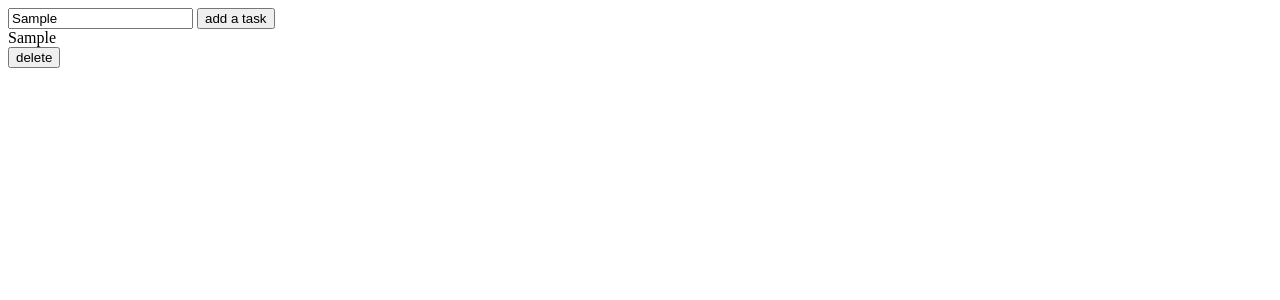
Repository: tanayburbure/Todo-application
Page: index.html
An editor plug-in stored every save of this project. The page is shown before and after the next save, followed by the edit.
The browser window is 1280 px wide. The pictures show the whole page.
Empty fields were first filled with sample values (such as "Sample", 5 or name@example.com).
After loading, the first visible `button` was clicked once.

Above is the page before, as saved 2025-10-21 17:53:52.

After the next save:
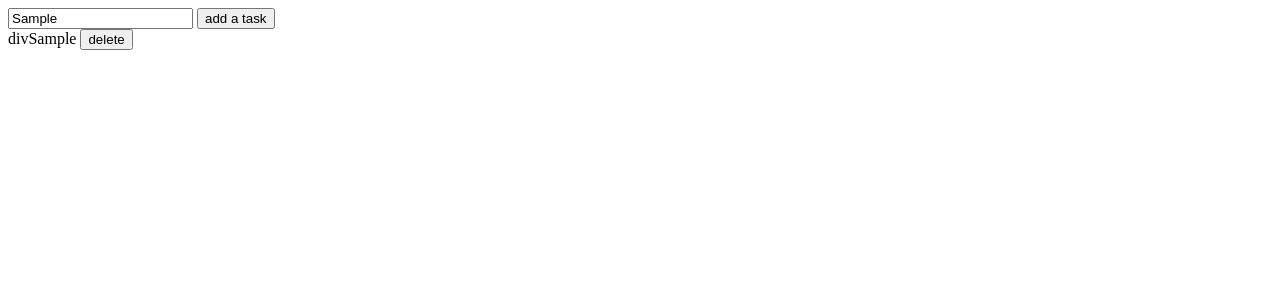
Saved 10 min 4 s later.
--- a/script.js
+++ b/script.js
@@ -21,22 +21,41 @@
 // }
 
 
-let ctr = 1
+// let ctr = 1
 
 
+// function deletetodo(index){
+//     const element = document.getElementById(index);
+//     element.parentNode.removeChild(element)
+// }
+
+// function addtodo(){
+
+//     const inputEL = document.querySelector("input")
+//     const value = inputEL.value
+
+//     const newDivEL = document.createElement("div")
+//     newDivEL.setAttribute("id",ctr)
+//     newDivEL.innerHTML = "<div>" + value + '</div><button onclick="deletetodo('+ ctr +')" >delete</button>';
+//     document.querySelector("body").appendChild(newDivEL)
+//     ctr = ctr + 1 ;
+// }
+
+
+
+let ctr = 1;
+
+function addtodo(){
+    const inputEl = document.querySelector("input");
+    const value = inputEl.value;
+
+    const newDivEl = document.createElement("div")
+    newDivEl.setAttribute("id",ctr)
+    newDivEl.innerHTML = "div" + value + '</div> <button onclick="deletetodo('+ ctr +')"> delete </button>'
+    document.querySelector("body").appendChild(newDivEl)
+}
+
 function deletetodo(index){
-    const element = document.getElementById(index);
+    const element = document.getElementById(index)
     element.parentNode.removeChild(element)
 }
-
-function addtodo(){
-
-    const inputEL = document.querySelector("input")
-    const value = inputEL.value
-
-    const newDivEL = document.createElement("div")
-    newDivEL.setAttribute("id",ctr)
-    newDivEL.innerHTML = "<div>" + value + '</div><button onclick="deletetodo('+ ctr +')" >delete</button>';
-    document.querySelector("body").appendChild(newDivEL)
-    ctr = ctr + 1 ;
-}
